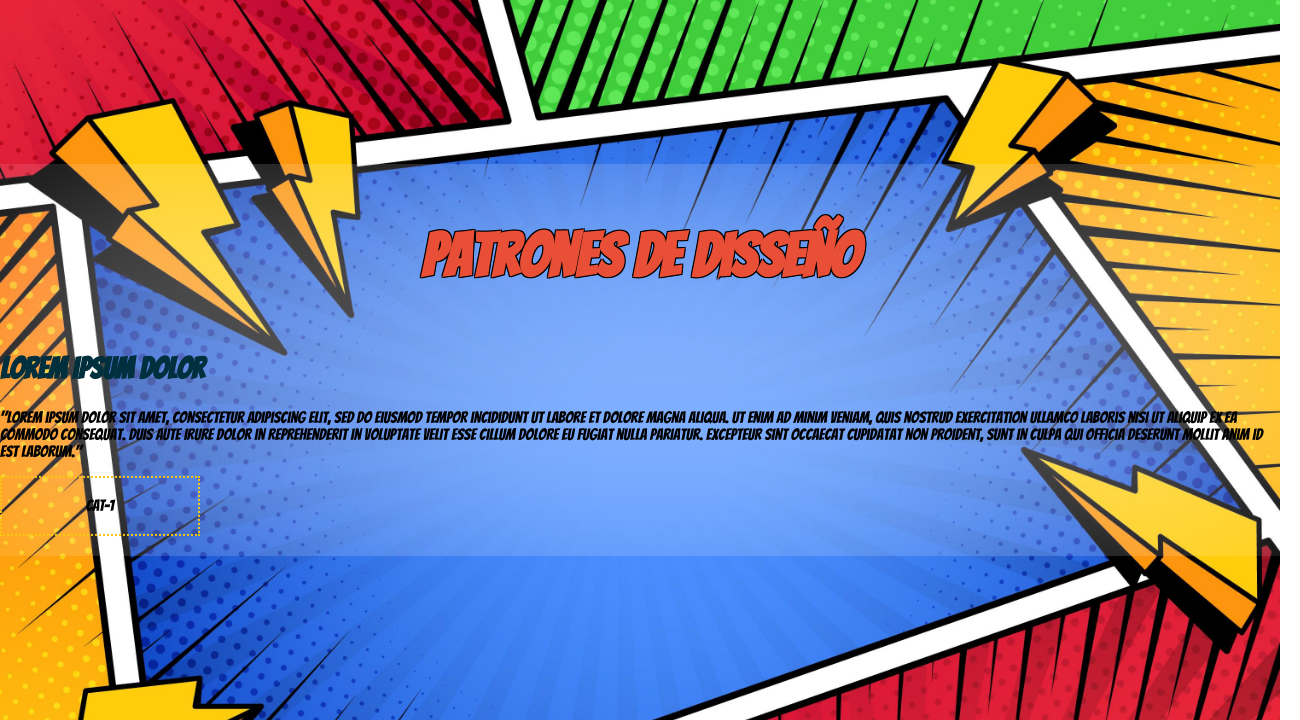
Repository: nrsWebs/design-pattern-es
Page: index.html
These files come from the project's save history. The page is drawn as it stood at one moment and after the next save; the edit follows.
The browser window is 1280 px wide. The page is 1300 px wide, so the pictures cover 1300 px, including what lies to the right of the window. The pictures show the whole page.

Above is the page before, as saved 2021-02-06 20:02:07.

### index.html
<!DOCTYPE html>
<html>
<head>
<script src="https://ajax.googleapis.com/ajax/libs/jquery/3.5.1/jquery.min.js"></script>
<link rel="stylesheet" href="source/main.css">
<link href='https://fonts.googleapis.com/css?family=Bangers' rel='stylesheet'>
</head>
<body>
    <div class="main-content">
        <div id="general" class="box">
            <div class="glass"></div>
            <h1>Patrones de disseño</h1>
            <div class="information">
                <h2>Lorem ipsum dolor</h2>
                <p>"Lorem ipsum dolor sit amet, consectetur adipiscing elit, sed do eiusmod tempor incididunt ut labore et dolore magna aliqua. Ut enim ad minim veniam, quis nostrud exercitation ullamco laboris nisi ut aliquip ex ea commodo consequat. Duis aute irure dolor in reprehenderit in voluptate velit esse cillum dolore eu fugiat nulla pariatur. Excepteur sint occaecat cupidatat non proident, sunt in culpa qui officia deserunt mollit anim id est laborum."</p>
                <div class="action-container">
                    <div class="button linker" data-link="cat-1">
                        <div class="text">CAT-1</div>
                    </div>
                </div>
            </div>
        </div>
        <div id="cat-1" class="box no-opacity hidden-container">
            <div class="glass"></div>
            <h1>Patrones de disseño test</h1>
            <div class="information">
                <h2>Lorem ipsum dolor</h2>
                <p>"Lorem ipsum dolor sit amet, consectetur adipiscing elit, sed do eiusmod tempor incididunt ut labore et dolore magna aliqua. Ut enim ad minim veniam, quis nostrud exercitation ullamco laboris nisi ut aliquip ex ea commodo consequat. Duis aute irure dolor in reprehenderit in voluptate velit esse cillum dolore eu fugiat nulla pariatur. Excepteur sint occaecat cupidatat non proident, sunt in culpa qui officia deserunt mollit anim id est laborum."</p>
                <div class="action-container">
                    <div class="button linker" data-link="general">
                        <div class="text">HOME</div>
                    </div>
                </div>
            </div>
        </div>
    </div>
</body>
<footer>
    <a class="hidden-container" href="https://www.freepik.es/vectores/fondo">Vector de Fondo creado por coolvector - www.freepik.es</a>
</footer>
<script>
    jQuery('.linker').on('click', function() {
        var nextid = jQuery(this).data('link');
        //hide
        jQuery(this).closest('.box').animate({opacity: '0'}, 200, function() {
            jQuery(this).closest('.box').addClass('hidden-container');
        });
        //Show
        jQuery('#'+nextid).removeClass('hidden-container');
        jQuery('#'+nextid).animate({opacity: '0.5'}, 200);
        jQuery('#'+nextid).animate({opacity: '1'}, 200);
    });
</script>
</html>

### source/main.css
:root {
    --main: #000;
    --secondary:  #E94F37;
    --auxiliar: #002F3D;
    --button: #F9C80E;
}
body .hidden-container{
    display: none;;
}
body .no-opacity{
    opacity: 0;
}
body {
    background-image: url('./images/4845746.jpg');
     background-repeat: no-repeat;
    background-attachment: fixed;
    background-size: cover;
    display: flex;
    justify-content: center;
    width: 100%;
    color: var(--main);
    font-family: 'Bangers';
}
.main-content{
    display: block;
    width: 100%;

}
h1{
    text-align: center;
    color: var(--secondary);
    font-size: 60px;
    text-shadow: -1px 1px 0 #000, 1px 1px 0 #000, 1px -1px 0 #000, -1px -1px 0 #000;
    z-index: 99;
}
h2{
    color: var(--auxiliar);
    font-size: 30px;
}
.box {
    display: flex;
    flex-direction: column;
    justify-content: space-around;
    width: 100%;
    max-width: 1440px;
    padding: 20px;
    position: absolute;
    top: 50%;
    left: 50%;
    transform: translate(-50%, -50%);
    overflow: hidden;
    border-radius: 10px;
}
.box .information{
    z-index: 99;
}
.action-container{
    display: flex;
    width: 100%;
    justify-content: space-between;
}
.action-container .button {
    box-sizing: border-box;
    border: 2px dotted var(--button);
    width: 200px;
    height: 60px;
    padding: 10px;
    position: relative;
    cursor: pointer;
}
.action-container .button .text{
    position: absolute;
    top: 50%;
    left: 50%;
    transform: translate(-50%, -50%);
}
/* GLASS EFFECT */
.glass{
    background: inherit;
    width: 100%;
    height: 100%;
}
.glass:before {
    content: '';
    width: 100%;
    height: 100%;
    background: inherit;
    position: absolute;
    left: 0;
    right: 0;
    top: 0;
    bottom: 0;
    box-shadow: inset 0 0 0 200px rgba(255,255,255,0.3);
    filter: blur(90px);
    border-radius: 5px;
}

After the next save:
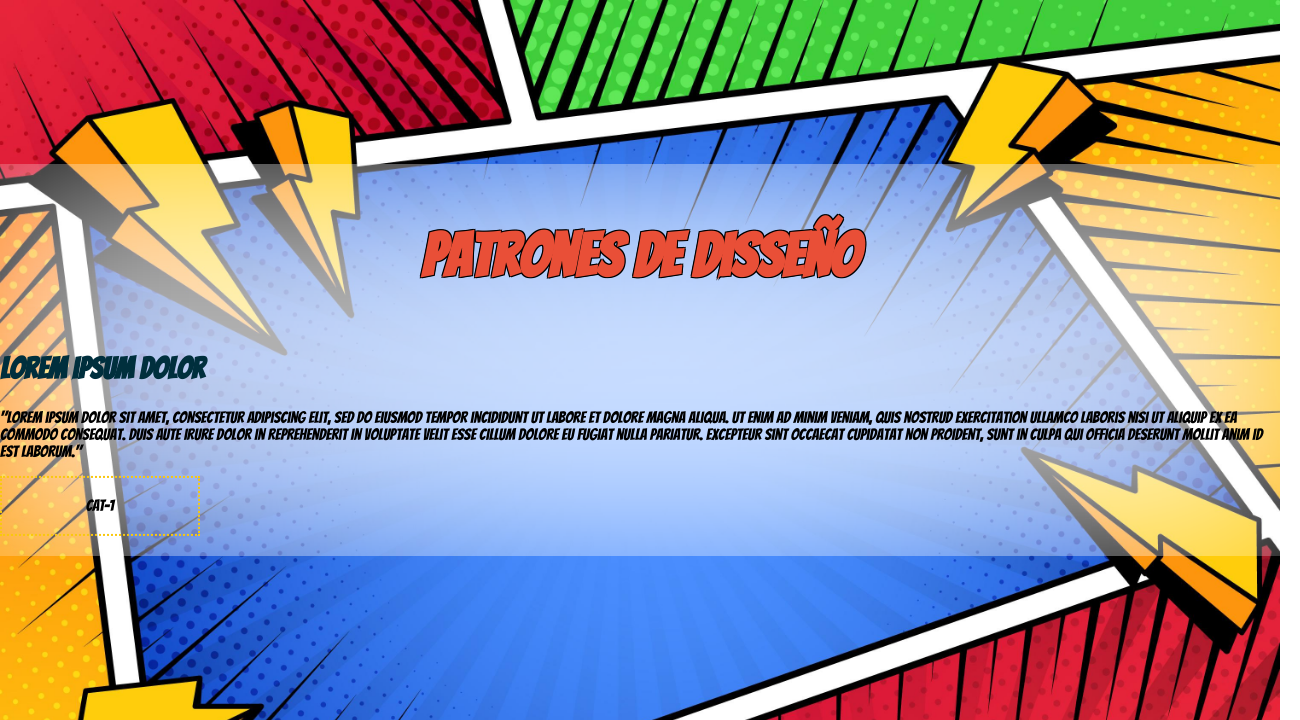
Saved 66 s later.
--- a/source/main.css
+++ b/source/main.css
@@ -90,7 +90,7 @@ h2{
     right: 0;
     top: 0;
     bottom: 0;
-    box-shadow: inset 0 0 0 200px rgba(255,255,255,0.3);
+    box-shadow: inset 0 0 0 200px rgba(255,255,255,0.7);
     filter: blur(90px);
     border-radius: 5px;
 }
